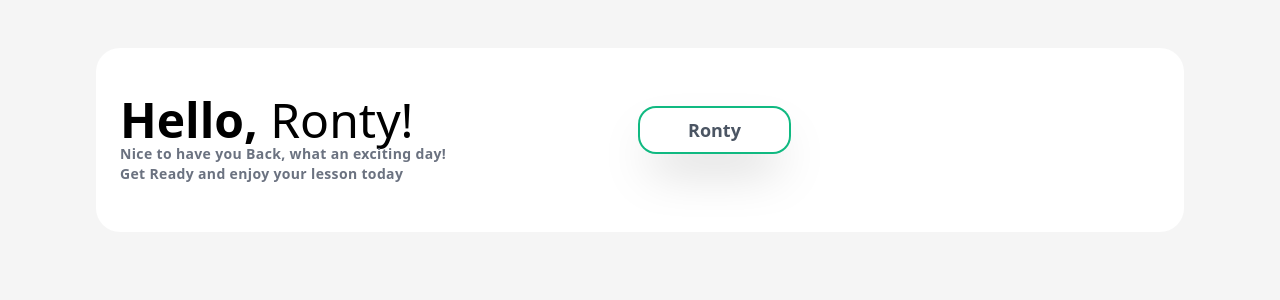
Repository: coolronts/Vite-Tailwind
Page: /
An editor plug-in stored every save of this project. The page is shown before and after the next save, followed by the edit.
The browser window is 1280 px wide. The pictures show the whole page.
The project was rebuilt for these pictures with package versions that can differ from the ones it lists, and the page was loaded fresh each time. Also part of the build but not shown: vite.config.js, src/components/Card/index.jsx.

Above is the page before, as saved 2021-11-26 07:11:56.

### src/App.jsx
import './App.css'

import { PrimaryButton, SecondaryButton } from './components/Button'

import {PrimaryCard} from './components/Card'
import SplitScreen from './components/SplitScreen'
import { useState } from 'react'

function App() {

  return (
    <div className="App bg-white my-12 mx-24 rounded-3xl px-6 py-12">
      <SplitScreen>
        <div id="left">
          <div>
            <h3 className="text-5xl font-sans font-bold">Hello, <span className="font-light">Ronty!</span> </h3>
            <h5 className="text-sm font-semibold tracking-wide text-gray-500">Nice to have you Back, what an exciting day!</h5>
            <h5 className="text-sm font-semibold tracking-wide text-gray-500">Get Ready and enjoy your lesson today</h5>

          </div>

        </div>

        <div id="right">
          <SecondaryButton name="Ronty"/>
        </div>


      </SplitScreen>
    </div>
  )
}

export default App

### src/components/Button/index.jsx
import React from 'react'

export const PrimaryButton = ({name}) =>{
  return (
    <button className="bg-green-500 px-12 py-2 ring-2 ring-green-500 text-white text-lg font-semibold shadow-2xl rounded-2xl mt-3">
      {name}
    </button>
  )
}

export const SecondaryButton = ({name}) =>{
  return (
    <button className="bg-white px-12 py-2 ring-2 ring-green-500 text-gray-600 text-lg font-semibold shadow-2xl rounded-2xl mt-3">
      {name}
    </button>
  )
}

### src/components/SplitScreen/index.jsx
import PropTypes from 'prop-types'
import React from "react"
import tw from "tailwind-styled-components"

const Container = tw.div`${(props) => props.weight}`;

const Pane = tw.div`${(props) => props.weight}`;

const SplitScreen = ({
	children,
	containerWeight = 'flex w-full',
  leftWeight = 'w-1/2',
	rightWeight = 'w-1/2',
}) => {
	const [left, right] = children;
	return (
		<Container className={containerWeight}>
			<Pane className={leftWeight}>
				{left}
			</Pane>
			<Pane className={rightWeight}>
				{right}
			</Pane>
		</Container>
	);
}

export default SplitScreen

SplitScreen.propTypes = {
	children: PropTypes.arrayOf(PropTypes.node).isRequired,
	containerWeight: PropTypes.string,
	leftWeight: PropTypes.string,
	rightWeight: PropTypes.string,
}

Loaded but not shown: index.html (common file); src/main.jsx (common file); src/index.css (common file); src/App.css (common file); tailwind.config.js (common file)

After the next save:
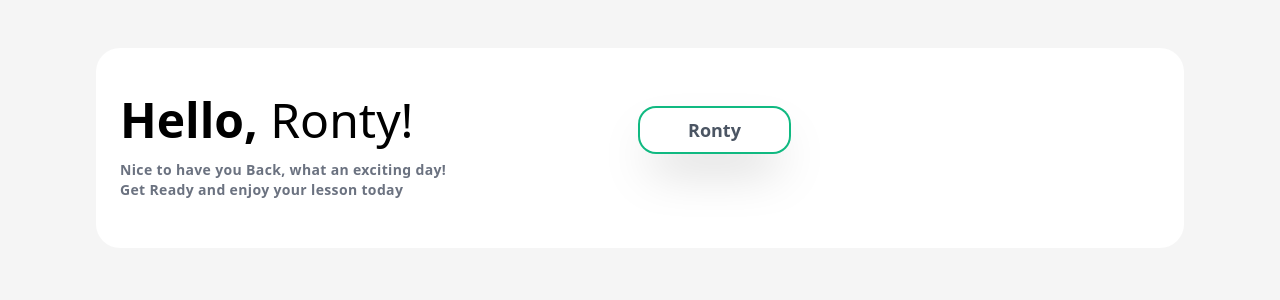
Saved 14 s later.
--- a/src/App.jsx
+++ b/src/App.jsx
@@ -13,7 +13,7 @@ function App() {
       <SplitScreen>
         <div id="left">
           <div>
-            <h3 className="text-5xl font-sans font-bold">Hello, <span className="font-light">Ronty!</span> </h3>
+            <h3 className="text-5xl font-sans font-bold mb-4">Hello, <span className="font-light">Ronty!</span> </h3>
             <h5 className="text-sm font-semibold tracking-wide text-gray-500">Nice to have you Back, what an exciting day!</h5>
             <h5 className="text-sm font-semibold tracking-wide text-gray-500">Get Ready and enjoy your lesson today</h5>
 
